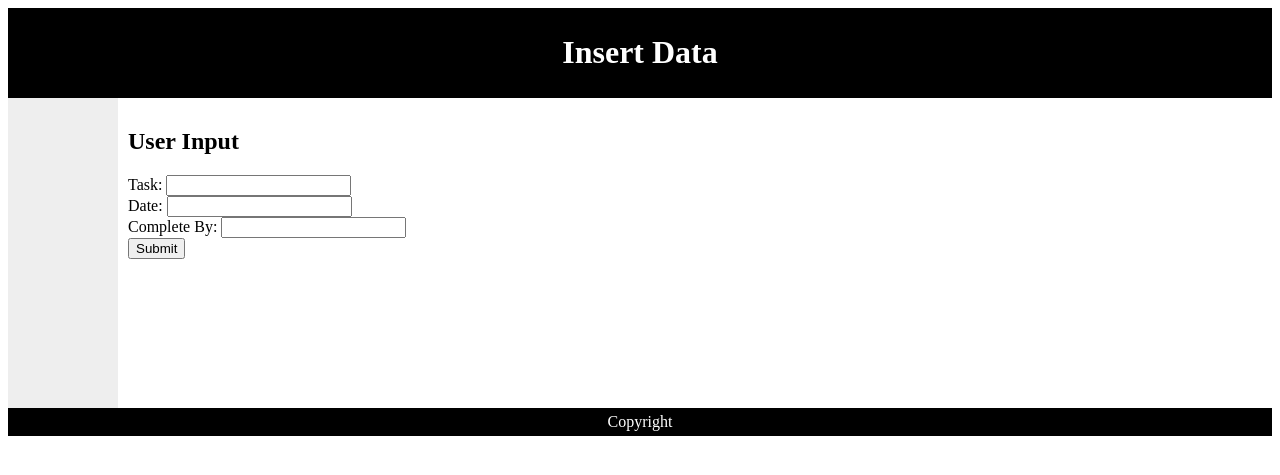
Repository: huappy/Tech-Exercise
Page: workspace4830-Tech_Exercise-Hausman/Tech_Exercise_Hausman/src/main/webapp/InsertTask.html
An editor plug-in stored every save of this project. The page is shown before and after the next save, followed by the edit.
The browser window is 1280 px wide. The pictures show the whole page.

Above is the page before, as saved 2023-03-22 21:30:49.

### workspace4830-Tech_Exercise-Hausman/Tech_Exercise_Hausman/src/main/webapp/InsertTask.html
<html>
<head>
<style>
header {
    background-color:black;
    color:white;
    text-align:center;
    padding:5px;
}
nav {
    line-height:30px;
    background-color:#eeeeee;
    height:300px;
    width:100px;
    float:left;
    padding:5px;
}
section {
    width:350px;
    float:left;
    padding:10px;
}
footer {
    background-color:black;
    color:white;
    clear:both;
    text-align:center;
    padding:5px;
}
</style>
</head>

<body>
<header>
<h1> Insert Data </h1>
</header>

<nav>

</nav>

<section>
	<h1>User Input</h1>

	<form action="InsertTask" method="POST">

		Task: <input type="text" name="task"> <br />
		Date: <input type="text" name="date"> <br />
		Complete By: <input type="text" name="complete_by"> <br />



		<input type="submit" value="Submit" />
	</form>

</section>

<footer>
Copyright
</footer>
</body>
</html>

After the next save:
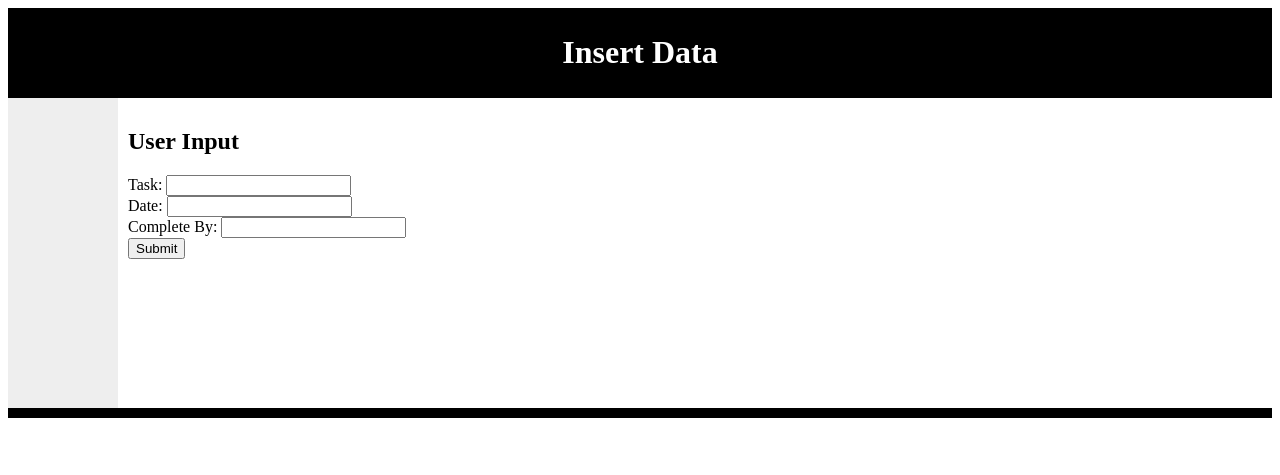
Saved 8 min 34 s later.
--- a/workspace4830-Tech_Exercise-Hausman/Tech_Exercise_Hausman/src/main/webapp/InsertTask.html
+++ b/workspace4830-Tech_Exercise-Hausman/Tech_Exercise_Hausman/src/main/webapp/InsertTask.html
@@ -56,7 +56,7 @@ footer {
 </section>
 
 <footer>
-Copyright
+
 </footer>
 </body>
 </html>
